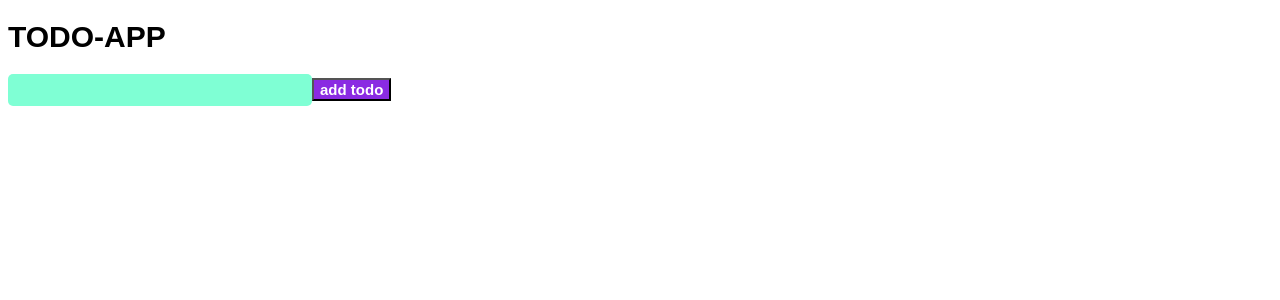
Repository: bilelsalemdev/todo-app
Page: /
An editor plug-in stored every save of this project. The page is shown before and after the next save, followed by the edit.
The browser window is 1280 px wide. The pictures show the whole page.
The project was rebuilt for these pictures with package versions that can differ from the ones it lists, and the page was loaded fresh each time.

Above is the page before, as saved 2022-11-04 18:03:36.

After the next save:
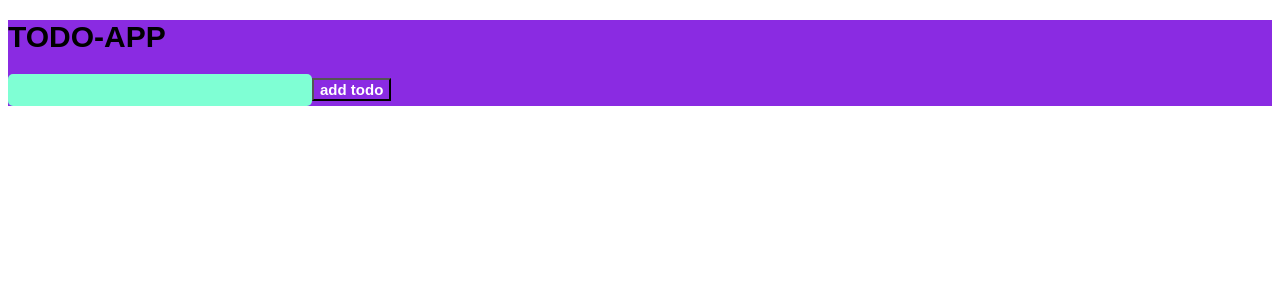
Saved 19 s later.
--- a/src/App.css
+++ b/src/App.css
@@ -1,3 +1,6 @@
+.body{
+  background-color:blueviolet
+}
 .header{
   font-size:30px;
   font-family: sans-serif;
@@ -10,6 +13,7 @@
   background-color: aquamarine;
 width: 300px;
 height: 30px;
+color: white;
 }
 .input:hover{
   background-color:azure;
